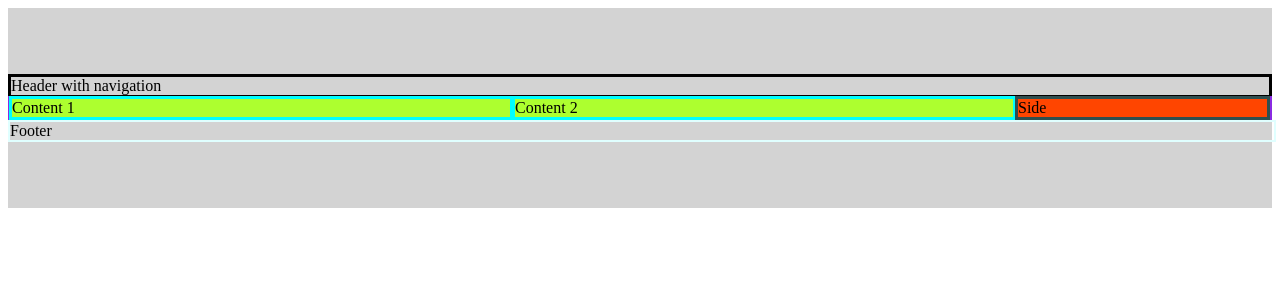
Repository: julihocc/javascript-interview-practice
Page: 01 HTML CSS/Exercise 74/index.html
These files come from the project's save history. The page is drawn as it stood at one moment and after the next save; the edit follows.
The browser window is 1280 px wide. The pictures show the whole page.

Above is the page before, as saved 2022-09-18 19:05:05.

### 01 HTML CSS/Exercise 74/index.html
<!DOCTYPE html>
<!--[if lt IE 7]>      <html class="no-js lt-ie9 lt-ie8 lt-ie7"> <![endif]-->
<!--[if IE 7]>         <html class="no-js lt-ie9 lt-ie8"> <![endif]-->
<!--[if IE 8]>         <html class="no-js lt-ie9"> <![endif]-->
<!--[if gt IE 8]>      <html class="no-js"> <!--<![endif]-->
<html>
    <head>
        <meta charset="utf-8">
        <meta http-equiv="X-UA-Compatible" content="IE=edge">
        <title></title>
        <meta name="description" content="">
        <meta name="viewport" content="width=device-width, initial-scale=1">
        <link rel="stylesheet" href="./styles.css">
    </head>
    <body>
        <!--[if lt IE 7]>
            <p class="browsehappy">You are using an <strong>outdated</strong> browser. Please <a href="#">upgrade your browser</a> to improve your experience.</p>
        <![endif]-->
        <div class="wrapper">
            <header>
                <nav>
                    Header with navigation
                </nav>
            </header>
            <div class="container">
                <div class="content">Content 1</div>
                <div class="content">Content 2</div>
                <div class="side">Side</div>
            </div>
            <footer class="footer">Footer</footer>
        </div>
        <script src="" async defer></script>
    </body>
</html>

### 01 HTML CSS/Exercise 74/styles.css
.wrapper {
    display: flex;
    flex-direction: column;
    justify-content: center;
    height: 200px;
    background-color: lightgray;
}

header {
    border-color: blue
    border: 2px;
    border-style: solid;
}

.container {
    display: flex;
    flex-direction: row;
    border: 2px;
    border-style: solid;
    border-color: blueviolet;
    margin-top: -2px;
    margin-bottom: -2px
}

.container div{
    margin-top: -2px;
    margin-left: -1px;
    border: 2px:
}

.content {
    width: 40%;
    background-color: greenyellow;
    border-style: solid;
    border-color: cyan
}

.side {
    width: 20%;
    background-color: orangered;
    border-style: solid;
    border-color: darkslategray;
}

footer {
    width: 100%;
    border: 2px;
    border-style: solid;
    border-color: lightcyan;
    margin
}

After the next save:
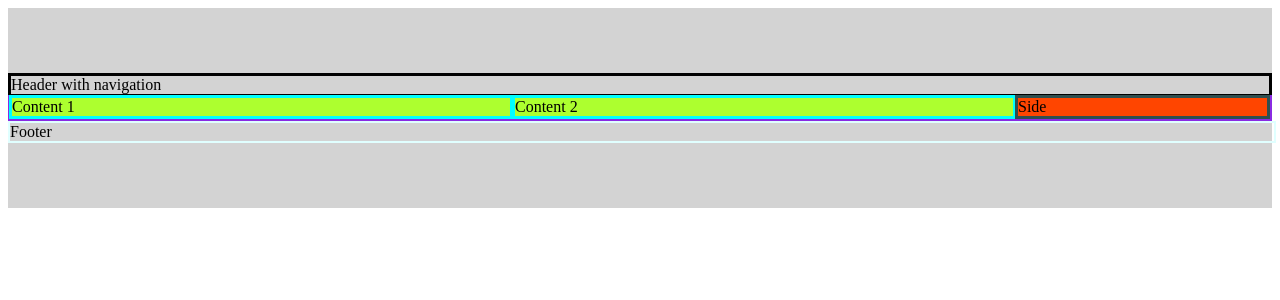
Saved 5 s later.
--- a/01 HTML CSS/Exercise 74/styles.css
+++ b/01 HTML CSS/Exercise 74/styles.css
@@ -47,5 +47,5 @@ footer {
     border: 2px;
     border-style: solid;
     border-color: lightcyan;
-    margin
+    margin-top: 2px
 }
